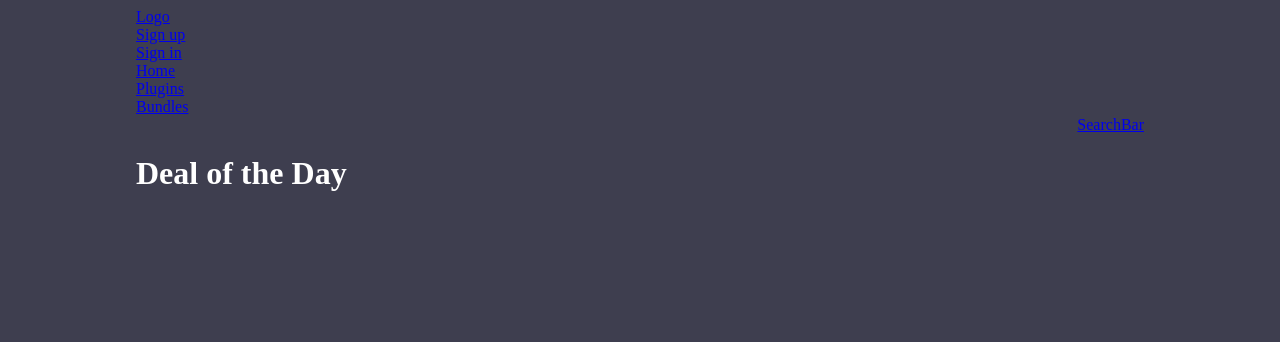
Repository: jigom11791/Wavez
Page: Wavez/Waves-Site/index.html
The author's editor kept a copy of each file at every save. The page is drawn from the files as they stood at one save, then again after the next save.
The browser window is 1280 px wide. The pictures show the whole page.

Above is the page before, as saved 2020-10-30 17:56:50.

### Wavez/Waves-Site/index.html
<!DOCTYPE html>
<html>
<head>
    <title>Waves Price Tracker</title>
    <link rel="stylesheet" href="style.css">
</head>
<body>
    <ul class="header">
        <li><a href="#">Logo</a></li>
        <li class="right"><a href="#">Sign up</a></li>
        <li class="right"><a href="#">Sign in</a></li>
    </ul>

    <ul class="topnav">
        <li><a class="active" href="#">Home</a></li>
        <li><a href="#">Plugins</a></li>
        <li><a href="#">Bundles</a></li>
        <li class="right"><a href="#">SearchBar</a></li>
    </ul>
    <div id="content">
        <h1>Deal of the Day</h1>
    </div>
</body>
</html>

### Wavez/Waves-Site/style.css
@import url('https://fonts.googleapis.com/css2?family=Noto+Sans&family=Noto+Sans+JP&display=swap');
@import url('https://fonts.googleapis.com/css2?family=Noto+Sans&display=swap');

body {
    background-color: #3e3e4f;
    color: white;
    font-style: "Noto sans JP", sans-serif;
    padding: 0% 10%;
}

ul.topnav, ul.header{
    list-style-type: none;
    margin: 0;
    padding: 0;
    overflow: hidden;
}
li.topnav, li.header {
    float: left;
    display: block;
}
ul.topnav li.right{
    float: right;
}

After the next save:
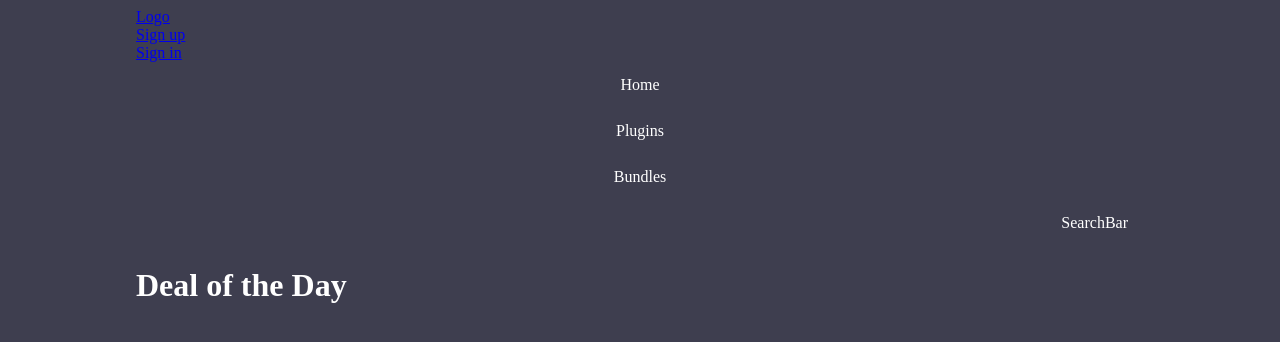
Saved 102 s later.
--- a/Wavez/Waves-Site/style.css
+++ b/Wavez/Waves-Site/style.css
@@ -21,3 +21,10 @@ li.topnav, li.header {
 ul.topnav li.right{
     float: right;
 }
+ul.topnav li a {
+    display: block;
+    color: white;
+    text-align: center;
+    padding: 14px 16px;
+    text-decoration: none;
+}
